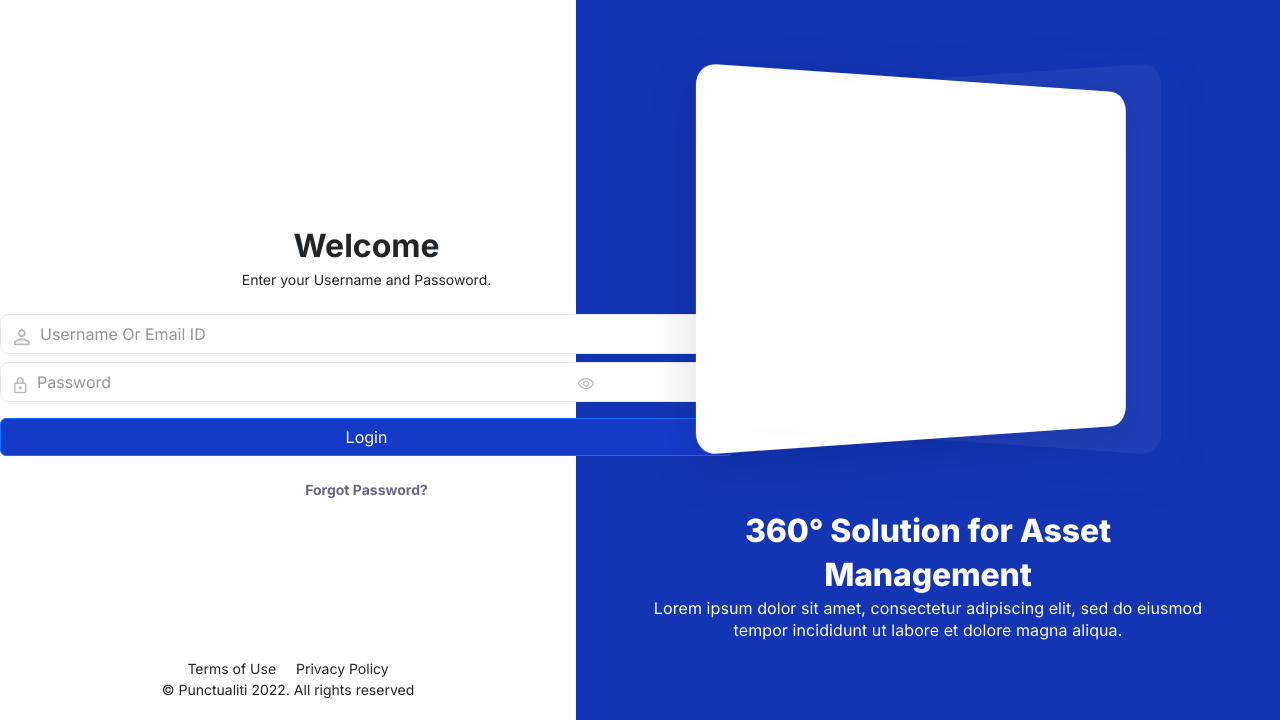
Repository: TauqeerHusain/Vouch-digital
Page: /
These files come from the project's save history. The page is drawn as it stood at one moment and after the next save; the edit follows.
The browser window is 1280 px wide. The pictures show the whole page.
The project was rebuilt for these pictures with package versions that can differ from the ones it lists, and the page was loaded fresh each time. Also part of the build but not shown: src/styles/Dashboard.css, src/Components/Dashboard/Aside.js, src/Components/Dashboard/Board.js, src/Components/Dashboard/index.js, src/styles/AddClintNav.css, src/Components/AddClint/AddClintNav.js, src/Components/CreateProfile/CrContent.js, src/Components/CreateProfile/index.js and 14 more.

Above is the page before, as saved 2023-03-15 15:26:47.

### public/index.html
<!DOCTYPE html>
<html lang="en">
  <head>
    <meta charset="utf-8" />
    <link rel="icon" href="%PUBLIC_URL%/favicon.ico" />
    <meta name="viewport" content="width=device-width, initial-scale=1" />
    <meta name="theme-color" content="#000000" />
    <meta
      name="description"
      content="Web site created using create-react-app"
    />
    <link rel="apple-touch-icon" href="%PUBLIC_URL%/logo192.png" />
    <!--
      manifest.json provides metadata used when your web app is installed on a
      user's mobile device or desktop. See https://developers.google.com/web/fundamentals/web-app-manifest/
    -->
    <link rel="manifest" href="%PUBLIC_URL%/manifest.json" />
    <link rel="preconnect" href="https://fonts.googleapis.com" />
    <link rel="preconnect" href="https://fonts.gstatic.com" crossorigin />
    <link
      href="https://fonts.googleapis.com/css2?family=Inter:wght@100;200;300;400;500;600;700;800;900&display=swap"
      rel="stylesheet"
    />
    <!--
      Notice the use of %PUBLIC_URL% in the tags above.
      It will be replaced with the URL of the `public` folder during the build.
      Only files inside the `public` folder can be referenced from the HTML.

      Unlike "/favicon.ico" or "favicon.ico", "%PUBLIC_URL%/favicon.ico" will
      work correctly both with client-side routing and a non-root public URL.
      Learn how to configure a non-root public URL by running `npm run build`.
    -->
    <title>React App</title>
  </head>
  <body>
    <noscript>You need to enable JavaScript to run this app.</noscript>
    <div id="root"></div>
    <!--
      This HTML file is a template.
      If you open it directly in the browser, you will see an empty page.

      You can add webfonts, meta tags, or analytics to this file.
      The build step will place the bundled scripts into the <body> tag.

      To begin the development, run `npm start` or `yarn start`.
      To create a production bundle, use `npm run build` or `yarn build`.
    -->
  </body>
</html>

### src/styles/LoginAct.css
.LoginAct {
    min-width: 100%;
    min-height: 100vh;
    display: flex;
    background: #fff;
    flex-wrap: wrap;
}

.LoginAct-form {
    width: 45%;
    background: #fff;
    display: grid;
    place-items: center;
    position: relative;
}

.condi {
    position: absolute;
    bottom: 0px;
    margin-bottom: 20px;
}

.term {
    display: flex;
    justify-content: center;
}

.span {
    font-size: 14px;
    cursor: pointer;
}

.span:nth-child(2) {
    margin-left: 20px;
}

.copy {
    font-size: 14px;
    cursor: pointer;
}

.form-act {
    text-align: center;
}

.form-top {
    width: 100%;
}

.form-head {
    font-weight: bold;
    font-size: 32px;
    font-family: 'Inter';
}

.form-cap {
    font-weight: 400;
    font-size: 14px;
    line-height: 20px;
    margin-bottom: 24px;
}

.input-fild {
    width: 100%;
    height: 40px;
    margin-top: 8px;
    background: #FFFFFF;
    border: 1px solid #E6E6E6;
    border-radius: 8px;
    display: flex;
    align-items: center;
    padding: 0px 13px;
}

.input-icon {
    padding-top: 5px;
}

.input-control {
    width: 567px;
    margin-right: 122px;
    position: relative;
}

.show-pwd {
    position: absolute;
    right: 0px;
    top: 0px;
    background: #fff;
    cursor: pointer;
}

.data-input {
    width: 100%;
    height: 100%;
    padding-left: 10px;
    border: none;
    outline: none;
    font-size: 16px;
    color: #848687;
}

.data-input::placeholder {
    color: #939596;
}

.loginBtn {
    width: 100%;
    height: 100%;
    color: #fff;
    background: #1334B3;
    font-size: 16px;
    height: 40px;
    margin-top: 14px;
    line-height: 22px;
    border-radius: 8px;
    cursor: pointer;
}

.forget-pwd-link {
    text-align: center;
    margin-top: 24px;
    font-family: 'Nunito Sans';
    font-style: normal;
    font-weight: 700;
    font-size: 14px;
    line-height: 19px;
    cursor: pointer;
    color: #686687;
}


/* slider  */
.from_info {
    width: 55%;
    background: #1334B3;
    display: flex;
    align-items: center;
    justify-content: center;
    flex-direction: column;
}

.slid-show {
    width: 100%;
    position: relative;
    height: 50%;
    width: 70%;
}

.slid-show-one,
.slid-show-two {
    width: 100%;
    height: 100%;
    position: absolute;
    box-shadow: 0px 12px 48px rgba(3, 0, 55, 0.15);
    border-radius: 20px;
    background: #fff;
}

.slid-show-one {
    transform: perspective(1500px) rotateY(30deg);
}

.slid-show-two {
    transform: perspective(1500px) rotateY(-30deg);
    /* background: red; */
    opacity: 0.05;
}

.slid-text {
    width: 80%;
    padding-top: 70px;
}

.from-slide-header {
    font-weight: 800;
    font-size: 32px;
    line-height: 44px;
    letter-spacing: -0.005em;
    color: #fff;
    text-align: center;
}

.from-slide-about {
    font-weight: 400;
    font-size: 16px;
    line-height: 22px;
    text-align: center;
    letter-spacing: 0.005em;
    color: #fff;
    text-align: center;
}

/* Modal */
.Modal {
    width: 100%;
    height: 100vh;
    background: rgba(3, 0, 55, 0.15);
    position: fixed;
    top: 0px;
    left: 0px;
    display: flex;
    justify-content: center;
    align-items: flex-start;
}

.massege-box {
    width: 450px;
    /* height: 200px; */
    border-radius: 10px;
    background: #f6f3f3;
    box-shadow: 0px 12px 48px rgba(3, 0, 55, 0.15);
    transition: all 0.3s linear;
    margin-top: 30px;
    position: relative;
    z-index: 2;
}

.success-mgs {
    height: 40px;
    text-align: center;
    margin-top: 20px;
    color: #1334B3;
    font-size: 20px;
}

.token-mgs {
    height: 40px;
    text-align: center;
    color: #686687;
}

.token-mgs span {
    color: #1334B3;
}

.token-btn {
    padding: 8px 30px;
    background: #0d6efd;
    color: #fff;
    display: block;
    margin: 10px auto;
    border-radius: 5px;
    cursor: pointer;
}

.token-btn:active {
    outline: #9ac2fe 4px solid;
}

.ok-btn {
    color: #fff;
    text-decoration: none;
    display: inline-block;
    margin: 10px auto;
}

.log_button {
    display: flex;
    justify-content: center;
}

.ok-btn button {
    padding: 8px 40px;
}

@media (max-width:1024px) {
    .slid-show {
        width: 80%;
        height: 40%;
    }

    .from-slide-header {
        font-size: 30px;
        line-height: 1;
        margin-bottom: 10px;
    }

    .from-slide-about {
        font-size: 15px;
    }
}

@media (max-width:926px) {

    .from_info {
        display: none;
    }

    .LoginAct-form {
        width: 100%;
        height: 100vh;
    }
}

@media (max-width:425px) {

    .from_info {
        display: none;
    }

    .LoginAct-form {
        width: 100%;
        height: 100vh;
    }

    .input-control {
        width: 300px;
    }
}

### src/styles/ViewClient.css
.contect-view {
    width: 100%;
    padding: 0px 24px;
    padding-bottom: 60px;
}

.login_btn {
    background: #153AC7 !important;
    width: 100%;
    margin-top: 16px;
}

.veiw-container {
    width: 100%;
    box-shadow: 0px 1px 5px rgba(3, 0, 55, 0.08);
    border-radius: 8px;
    background: #fff;
    overflow: hidden;
}

.Ds_container {
    width: 100%;
}

.view-header-flex {
    display: flex;
    align-items: center;
    justify-content: space-between;
}

.view-header {
    padding: 16px 24px;
    height: 72px;
    width: 100%;
    position: relative;
}

.view-header-search {
    height: 40px;
    width: 300px;
}

.mobile_search {
    width: 100%;
    height: 100%;
    background: #fff;
    position: absolute;
    left: 0px;
    top: 0px;
    display: flex;
    align-items: center;
    padding: 0px 20px;
}

.mobile_search_btn {
    width: 35px;
    height: 35px;
    display: flex;
    align-items: center;
    justify-content: center;
    border-radius: 50%;
    overflow: hidden;
    position: relative;
    display: none;
}

.btn_layer {
    position: absolute;
    width: 100%;
    height: 100%;
    /* background: red; */
    top: 0px;
    left: 0px;
}

.search_close {
    width: 35px;
    height: 35px;
    background: none;
    border-radius: 50%;
    margin-left: 10px;
    padding: 2px;
}

.mobile_search_btn button {
    width: 100%;
    height: 100%;
    background: none;
}

.search-feild {
    position: relative;
}

.view-btn {
    padding: 10px 16px;
    background: none;
    border-radius: 8px;
    font-size: 14px;
    line-height: 20px;
    border: 1px solid #E6E6E6;
}

.colBtn {
    color: #939596;
    background: #FFFFFF;
    font-weight: 400;
    letter-spacing: 0.0025em;
    margin-right: 12px;
}

.EpBtn {
    color: #153AC7;
    background: #E8EBF9;
    font-weight: 700;
    letter-spacing: 0.01em;
}

.colBtn .icon {
    margin-left: 16px;
}

.EpBtn .icon {
    padding-right: 12.5px;
}

/* table  */
.table-box {
    width: 100%;
}

.table_view {
    min-width: 100%;
    border-collapse: none;
    border-spacing: 0px;
}

.table_view thead {
    height: 32px;
    border: 1px solid #E8EBF9;
    background: #F8F9FD;
}

.table_view thead tr td {
    border-top: 1px solid #E8EBF9;
    border-bottom: 1px solid #E8EBF9;
    font-weight: 400;
    font-size: 12px;
    line-height: 16px;
    letter-spacing: 0.01em;
    color: #030037;
    padding: 0px 24px;
    word-wrap: normal
}

.table_view thead tr td:last-child {
    text-align: center;
}

.table_view tbody {
    border-top: 1px solid #E8EBF9;
}

.table_view tbody tr {
    width: 100%;
    height: 56px;
    padding: 12px 0px;
}

.table_view tbody tr td {
    font-weight: 400;
    font-size: 14px;
    line-height: 20px;
    letter-spacing: 0.0025em;
    padding: 18px 24px;
    color: #030037;
}

.table_view tbody tr td:last-child {
    text-align: center;
}

.user-td {
    display: flex;
    align-items: center;
}

.user-td-img {
    margin-right: 10px;
}

.oparetion {
    position: relative;
}

.op-btn {
    width: 20px;
    background: none;
    height: 100%;
}

.btn-layer {
    position: absolute;
    top: 0px;
    left: 50%;
    transform: translateX(-50%);
    content: "";
    width: 20px;
    height: 100%;
    cursor: pointer;
    border-radius: 8px;
}

.op-modal {
    position: absolute;
    /* display: none; */
    right: 14px;
    top: 0px;
    width: 184px;
    background: #FFFFFF;
    box-shadow: 0px 4px 16px rgba(3, 0, 55, 0.08);
    border-radius: 8px;
    z-index: 1;
    padding: 8px;
    padding-bottom: 0px;
}

.op-btn:active .op-modal {
    display: block;
}

.op-modal.active {
    display: block;
}

/* tr modal  */
.tr-row {
    width: 100%;
    display: flex;
    height: 36px;
    align-items: center;
    cursor: pointer;
    margin-bottom: 8px;
}

.tr-row .icon {
    margin-left: 16px;
}

.tr-row .text {
    margin-left: 12px;
    font-weight: 400;
    font-size: 14px;
    line-height: 20px;
    display: flex;
    align-items: center;
    letter-spacing: 0.0025em;
    color: #030037;
}

/* table bottom butttom */
.tbl_bottom_btn {
    width: 100%;
    padding: 24px;
}

.tbl_btn_cont {
    height: 40px;
}

.table-box::-webkit-scrollbar {
    height: 18px;
}

::-webkit-scrollbar-thumb {
    border: 8px solid #fff;
    background: rgba(104, 95, 95, 0.841);
    border-radius: 18px;
}

@media (max-width:1920px) {
    .table_view {
        min-width: 1310px;
    }

    .table-box {
        overflow: auto;
    }
}

@media (max-width:768px) {
    .view-header-search {
        display: none;
    }

    .mobile_search_btn {
        display: flex;
    }
}

Loaded but not shown: src/index.js (common file); src/reportWebVitals.js (common file); src/Components/LoginAct/index.js (224 lines, source omitted); src/App.js (42 lines, source omitted); src/index.css (1165 lines, source omitted)

After the next save:
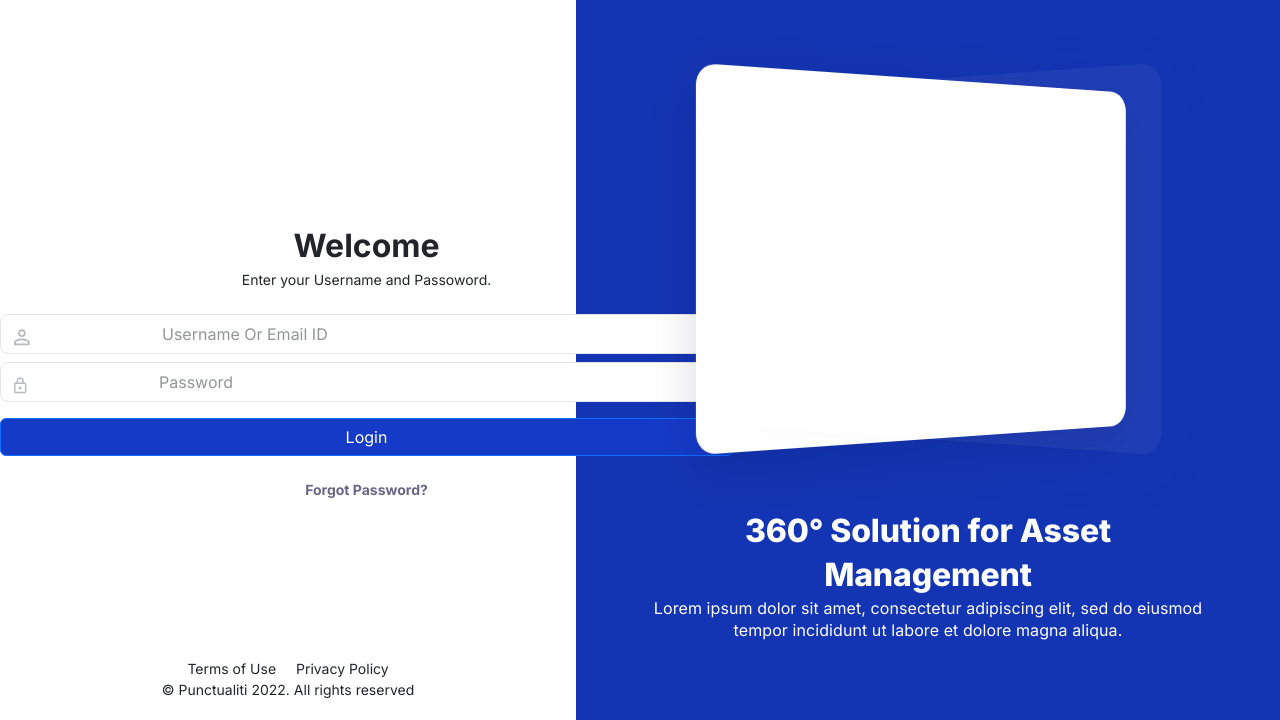
Saved 9 s later.
--- a/src/styles/LoginAct.css
+++ b/src/styles/LoginAct.css
@@ -78,7 +78,7 @@
 
 .input-control {
     width: 567px;
-    margin-right: 122px;
+    margin-left: 122px;
     position: relative;
 }
 
